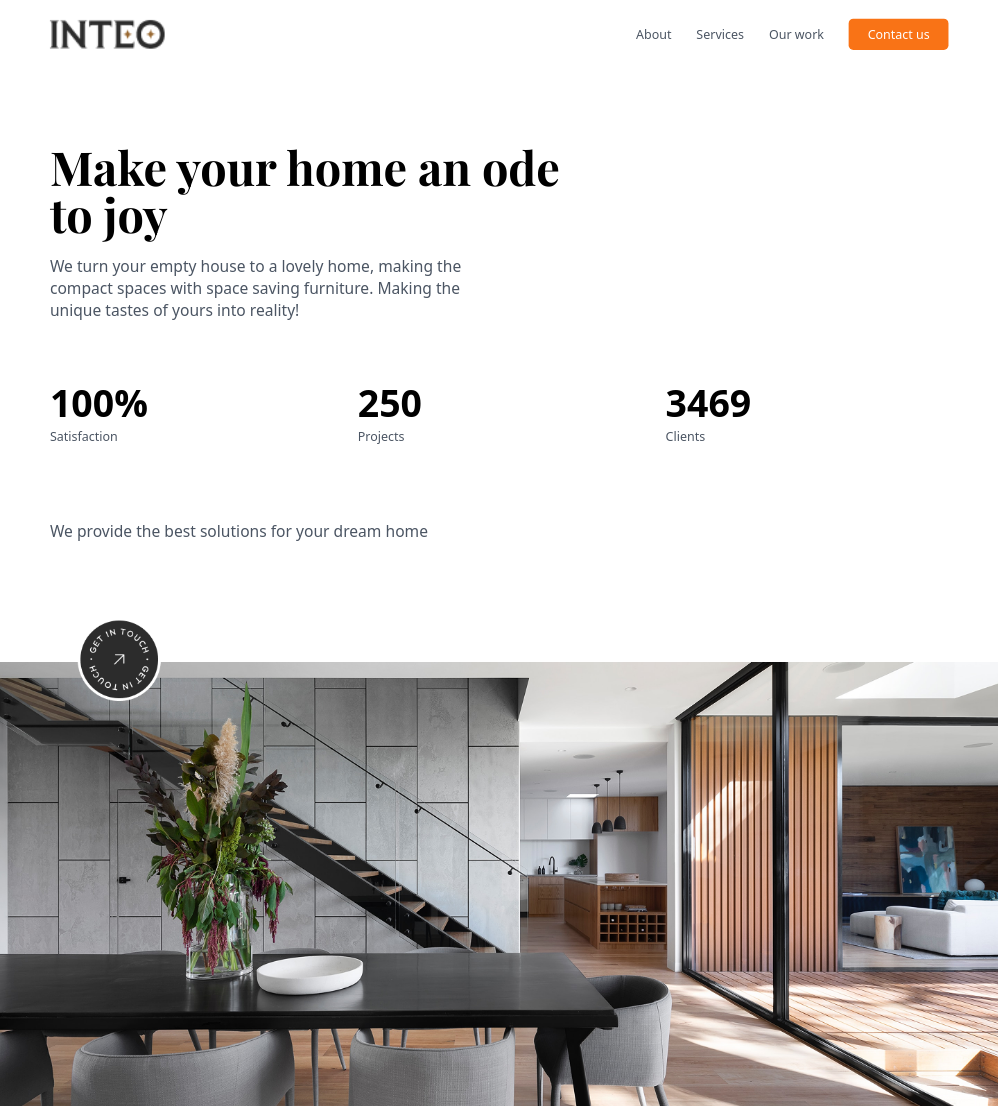
Repository: CatherinneJ/responsive-tailwind-website
Page: tailwind.html
An editor plug-in stored every save of this project. The page is shown before and after the next save, followed by the edit.
The browser window is 1280 px wide. The pictures show the whole page, at 78% of full size.
Some web libraries are served in a nearby version.

Above is the page before, as saved 2025-05-20 17:32:19.

### tailwind.html
<!DOCTYPE html>
<html lang="en">
<head>
    <meta charset="UTF-8">
    <meta name="viewport" content="width=device-width, initial-scale=1.0">
    <title>NTEO - Make your home an ode to joy</title>
    <script src="https://cdn.tailwindcss.com"></script>
    <link href="https://fonts.googleapis.com/css2?family=Playfair+Display:wght@400;700&display=swap" rel="stylesheet">
    <style>
        .font-playfair {
            font-family: 'Playfair Display', serif;
        }
    </style>
</head>
<body class="bg-white">
    <!-- Header -->
    <header class="py-6 px-8 lg:px-16">
        <nav class="flex justify-between items-center">
            <img src="./Assets/Logo.png" alt="logo" class="h-10">
            <ul class="flex space-x-8 items-center">
                <li class="text-gray-600 hover:text-black">About</li>
                <li class="text-gray-600 hover:text-black">Services</li>
                <li class="text-gray-600 hover:text-black">Our work</li>
                <li class="bg-orange-500 text-white px-6 py-2 rounded-md hover:bg-orange-600">Contact us</li>
            </ul>
        </nav>
    </header>

    <!-- Hero Section -->
    <section class="px-8 lg:px-16 py-12 md:py-24">
        <h1 class="text-4xl md:text-5xl lg:text-6xl font-bold font-playfair mb-6 max-w-2xl">
            Make your home an ode to joy
        </h1>

        <p class="text-lg md:text-xl text-gray-600 mb-12 md:mb-20 max-w-xl">
            We turn your empty house to a lovely home, making the compact spaces with space saving furniture. Making the unique tastes of yours into reality!
        </p>

        <!-- Stats Grid -->
        <div class="grid grid-cols-1 md:grid-cols-3 gap-8 mb-16 md:mb-24">
            <div>
                <p class="text-4xl md:text-5xl font-bold mb-2">100%</p>
                <p class="text-gray-600">Satisfaction</p>
            </div>
            <div>
                <p class="text-4xl md:text-5xl font-bold mb-2">250</p>
                <p class="text-gray-600">Projects</p>
            </div>
            <div>
                <p class="text-4xl md:text-5xl font-bold mb-2">3469</p>
                <p class="text-gray-600">Clients</p>
            </div>
        </div>

        <p class="text-lg md:text-xl text-gray-600 max-w-xl">
            We provide the best solutions for your dream home
        </p>
    </section>
    <section>
        <img src="./Assets/Creative.png" class="w-full" alt="background1">
    </section>
</body>
</html>

After the next save:
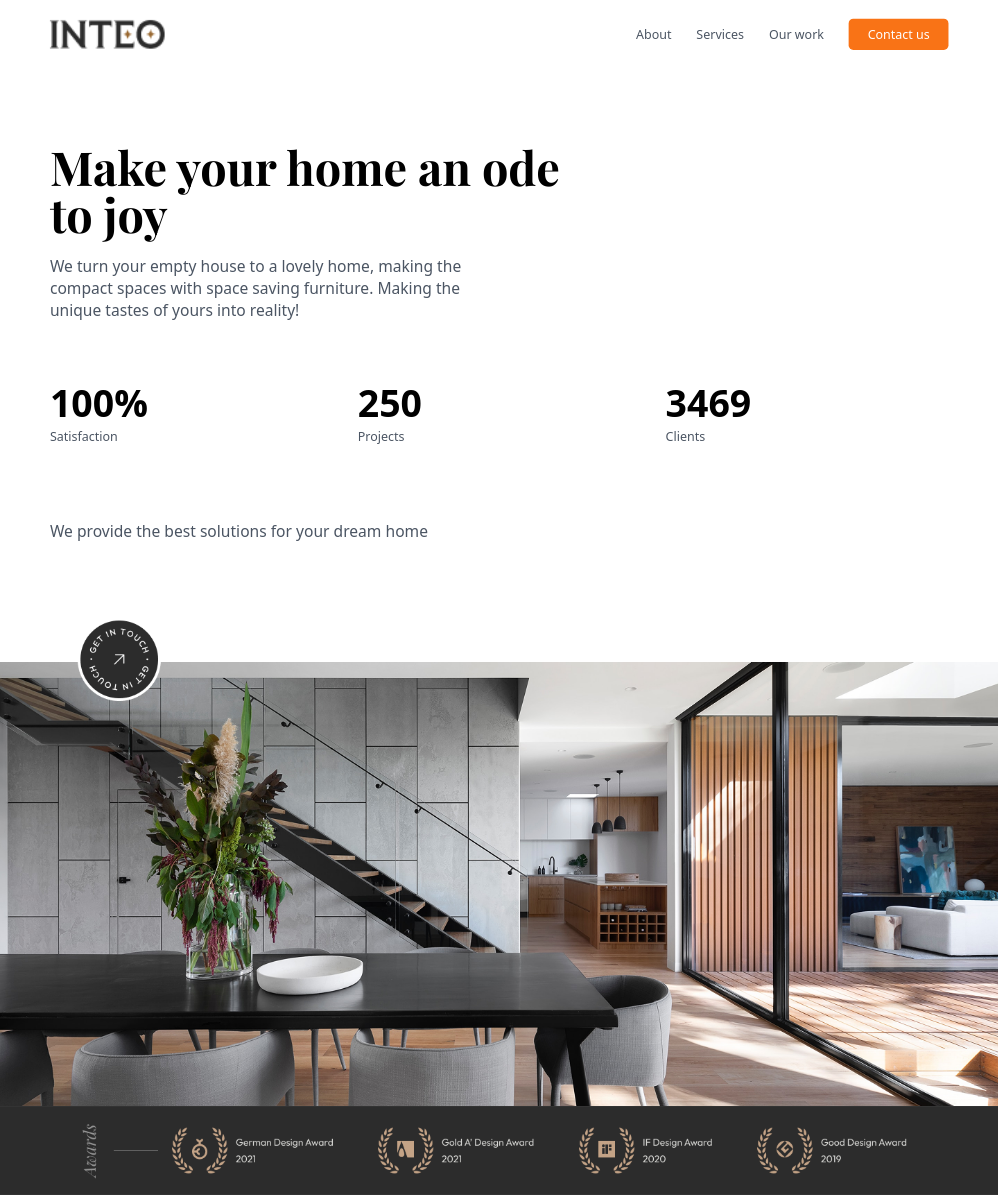
Saved 8 min 22 s later.
--- a/tailwind.html
+++ b/tailwind.html
@@ -59,5 +59,8 @@
     <section>
         <img src="./Assets/Creative.png" class="w-full" alt="background1">
     </section>
+    <section id="awards">
+        <img src="./Assets/Awards.png" alt="award">
+    </section>
 </body>
 </html>
